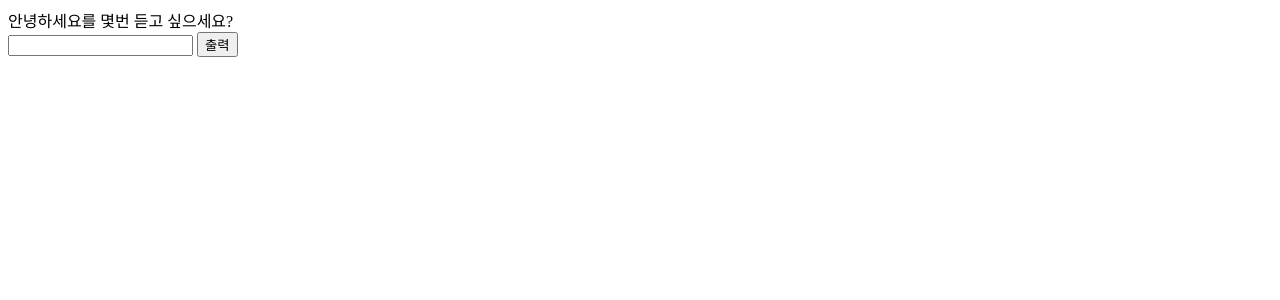
Repository: 71summernight/JavaScript_Jquery
Page: Practice/WebContent/reg.html
The author's editor kept a copy of each file at every save. The page is drawn from the files as they stood at one save, then again after the next save.
The browser window is 1280 px wide. The pictures show the whole page.

Above is the page before, as saved 2021-04-02 06:34:49.

### Practice/WebContent/reg.html
<!DOCTYPE html>
<html>
<head>
<meta charset="UTF-8">
<title>Insert title here</title>
</head>

<body>
<div>
<form action="hello2">
<div>
<label>안녕하세요를 몇번 듣고 싶으세요?</label>
</div>
<div>
<input type="text" name="cnt"/>
<input type="submit" value="출력"/>
</div>
</form>
</div>
</body>
</html>

After the next save:
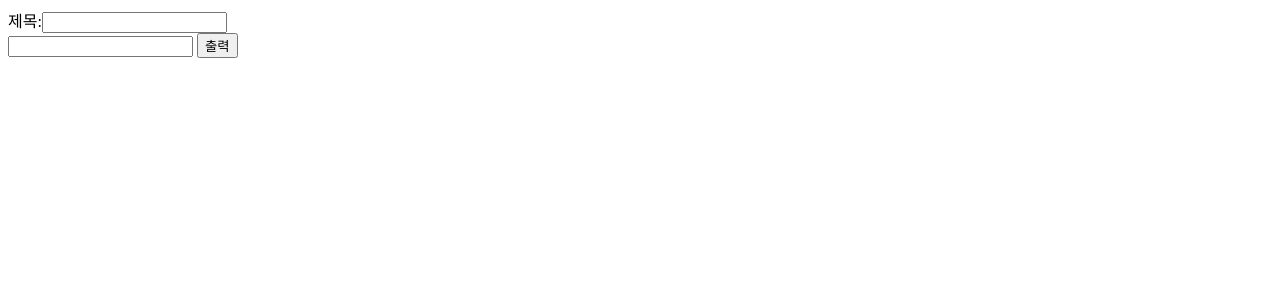
Saved 7 min 56 s later.
--- a/Practice/WebContent/reg.html
+++ b/Practice/WebContent/reg.html
@@ -7,9 +7,9 @@
 
 <body>
 <div>
-<form action="hello2">
+<form action="notice-reg">
 <div>
-<label>안녕하세요를 몇번 듣고 싶으세요?</label>
+<label>제목:</label><input type="text">
 </div>
 <div>
 <input type="text" name="cnt"/>
